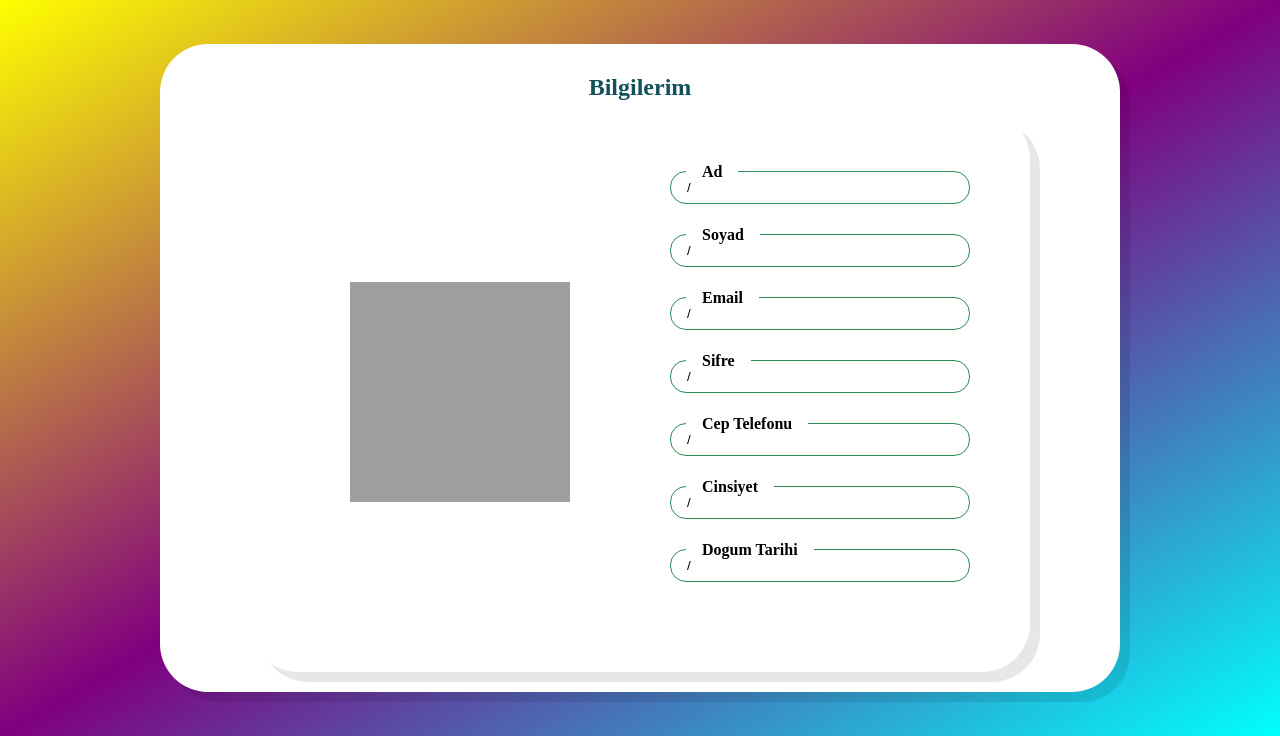
Repository: aenesyvz/web-programming-project
Page: http://localhost/test4/info.jsp
An editor plug-in stored every save of this project. The page is shown before and after the next save, followed by the edit.
The browser window is 1280 px wide. The pictures show the whole page.
Pictures or frames that could not be fetched are drawn as grey boxes. The page is served by Tomcat 9.

Above is the page before, as saved 2023-05-11 05:21:52.

After the next save:
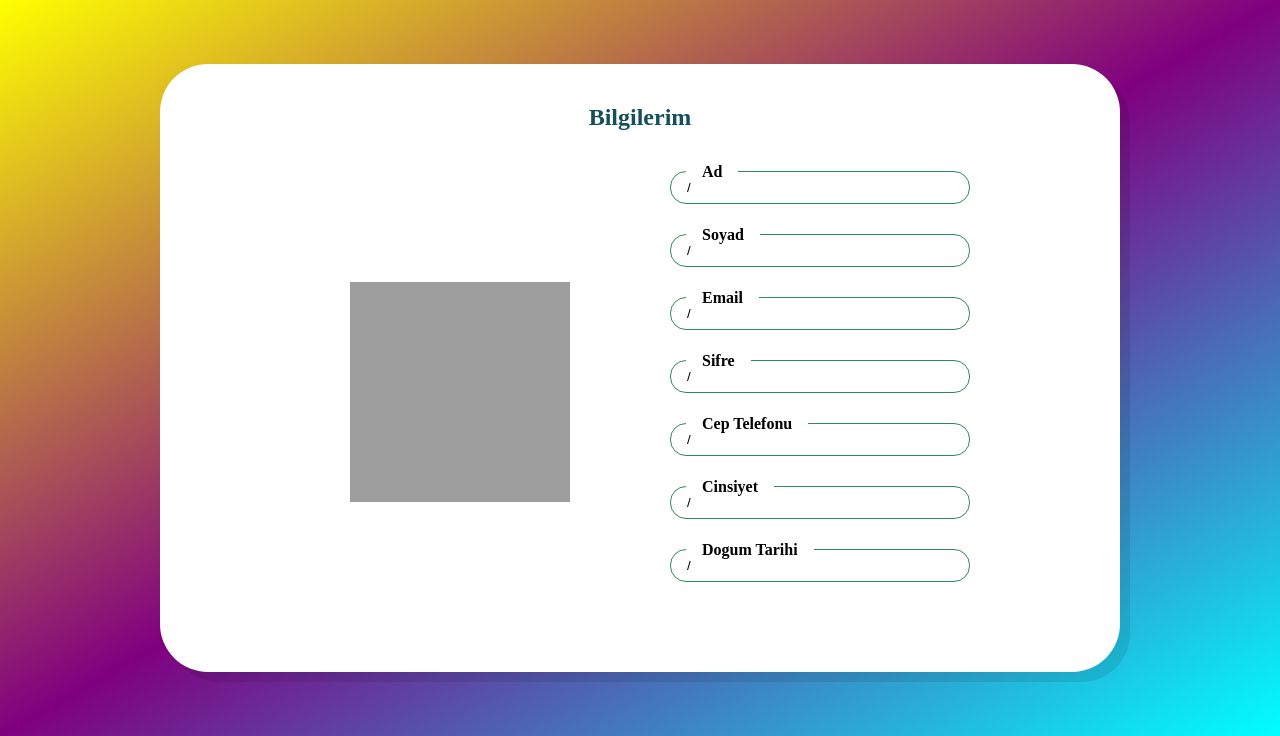
Saved 20 s later.
--- a/test/test4/src/main/webapp/info.jsp
+++ b/test/test4/src/main/webapp/info.jsp
@@ -9,9 +9,9 @@
 </head>
 <body>
 <section>
-    <div class="container-info" style="">
+    <div class="container-info" style="background-color: #ffffff;padding:30px;border-radius:3rem; box-shadow: 10px 10px rgba(0, 0, 0, 0.096);">
        <h2 class="title">Bilgilerim</h2>
-       <div class="grid" style="display: grid;grid-template-columns:1fr 1fr;background-color: #ffffff;padding:30px;border-radius:3rem; box-shadow: 10px 10px rgba(0, 0, 0, 0.096);">
+       <div class="grid" style="display: grid;grid-template-columns:1fr 1fr;">
        		<div class="displayImage">
        		 <img src=${user.image}  class="displayImage" alt="" style="width: 220px;height: 220px;margin:0 auto; display: flex;align-items: center;	justify-content: center;"/>
        		</div>
